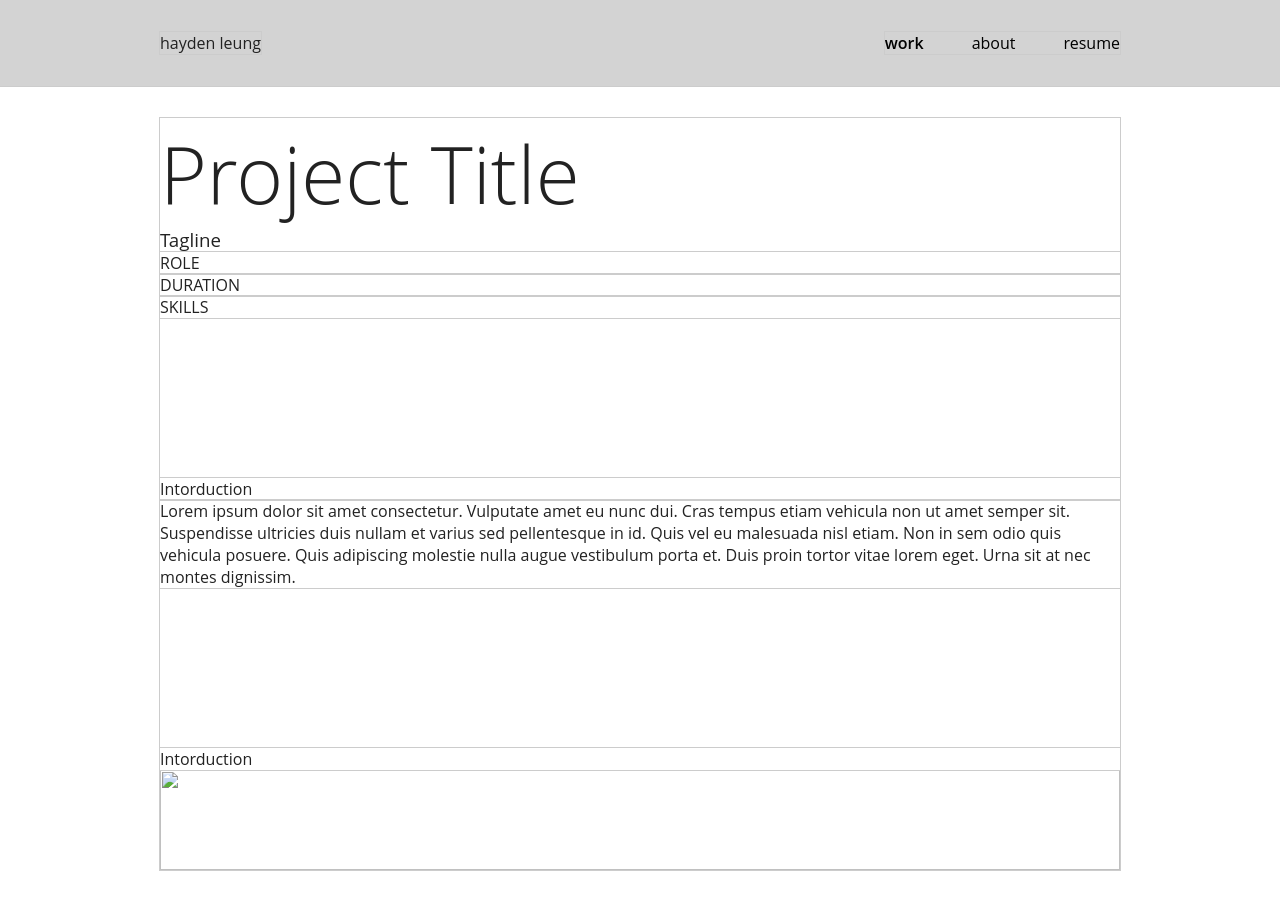
Repository: Haydenleung/Artifact
Page: /
The author's editor kept a copy of each file at every save. The page is drawn from the files as they stood at one save, then again after the next save.
The browser window is 1280 px wide. The pictures show the whole page.
The project was rebuilt for these pictures with package versions that can differ from the ones it lists, and the page was loaded fresh each time. The framework's server and built-in components were replaced by stand-ins that run in the browser. Also part of the build but not shown: next.config.mjs.

Above is the page before, as saved 2024-01-29 00:00:25.

### src/pages/index.tsx
import Image from "next/image";
import Navbar from "@/components/Navbar";
import CaseStudy from "@/components/CaseStudy";

export default function Home() {
  return (
    <main className={"page"}>
      <Navbar />
      <div className={"caseStudy"}>
        <CaseStudy />
      </div>
    </main>
  )
}

### src/styles/globals.css
/* ==========================================================================
    [Table of contents]

    1. BASE
        1.1 Page Rendering Defaults
        1.2 Core Styling
        1.3 Typography
    2. LAYOUT
        2.1 Core Layout
        2.2 Small only
        2.3 medium and up
        2.4 Medium only
        2.5 large screens and up
    3. UTILITY classes
    4. PRINT

    ========================================================================== */

/* ==========================================================================
   BASE
   ========================================================================== */

/* 1.1 Page Rendering Defaults */

html {
  color: #222;
  font-size: 1em;
}

::-moz-selection {
  background: #b3d4fc;
  text-shadow: none;
}

::selection {
  background: #b3d4fc;
  text-shadow: none;
}

audio,
canvas,
iframe,
i,
img,
svg,
video {
  vertical-align: middle;
}

fieldset {
  border: 0;
  margin: 0;
  padding: 0;
}

textarea {
  resize: vertical;
}

/* 1.2 Core Styling */

/* refer to https://css-tricks.com/box-sizing/ */

*,
*:before,
*:after {
  box-sizing: border-box;
}

img {
  width: 100%;
}

/* 1.3 Typgraphy */

@import url('https://fonts.googleapis.com/css2?family=Open+Sans:ital,wght@0,300;0,400;0,500;0,600;0,700;0,800;1,300;1,400;1,500;1,600;1,700;1,800&display=swap');

h1,
h2,
h3,
h4,
h5,
h6 {
  font-weight: 400;
  /* text-align: center; */
  margin: 0;
}

h1 {
  font-size: 60pt;
  font-weight: 200;
}

h2 {
  font-size: 16pt;
}

h4 {
  font-size: 9pt;
}

h5 {
  font-size: 8pt;
}

* {
  font-family: 'Open Sans', sans-serif;
}


/* ==========================================================================
 2. LAYOUT
 ========================================================================== */

/* Helper to display empty layout containers*/

div,
main,
section,
footer,
header {
  outline: 1px solid #ccc;
}

body {
  padding: 0;
  margin: 0;
}

/* 2.1 Core layout */

.row {
  display: grid;
  row-gap: 1rem;
}

.col {
  position: relative;
}

.page {
  display: flex;
  flex-direction: column;
  justify-content: center;
  align-items: center;
}

.caseStudy {
  width: 100%;
  padding: 2rem 10rem;
}

/* Navbar */

/* 2.2 Small only */

@media screen and (max-width: 39.9375em) {}

/* 2.3 medium and up */

@media screen and (min-width: 40em) {}

/* 2.4 Medium only */

@media screen and (min-width: 40em) and (max-width: 63.9375em) {}

/* 2.5 large screens and up 2.6 Large only */

/* @media screen and (min-width: 64em) {

} */

### src/components/Navbar/index.tsx
import styles from './navbar.module.css'
import Image from 'next/image'
import Link from 'next/link'
import { useState } from 'react'

export default function Navbar() {

    const [isPage, setIsPage] = useState("Work");

    return (
        <div className={styles.container}>
            <div className={styles.logo}>hayden leung</div>
            <div className={styles.pages}>
                <Link href="/" className={isPage === "Work" ? styles.bold : styles.normal}>work</Link>
                <Link href="/" className={isPage === "about" ? styles.bold : styles.normal}>about</Link>
                <Link href="/" className={isPage === "resume" ? styles.bold : styles.normal}>resume</Link>
            </div>
        </div>
    )
}

### src/components/CaseStudy/index.tsx
import Image from "next/image"
import styles from './casestudy.module.css'

export default function CaseStudy() {
    return (
        <div className={styles.project}>
            <div className={styles.titleSection}>
                <h1 className={styles.projetTitle}>Project Title</h1>
                <h3 className={styles.projectTagline}>Tagline</h3>
                <div className={styles.projectInfo}>
                    <div>ROLE</div>
                    <div>DURATION</div>
                    <div>SKILLS</div>
                </div>
            </div>
            <div className={styles.introduction}>
                <div className={styles.introTitle}>Intorduction</div>
                <div className={styles.introBody}>Lorem ipsum dolor sit amet consectetur. Vulputate amet eu nunc dui. Cras tempus etiam vehicula non ut amet semper sit. Suspendisse ultricies duis nullam et varius sed pellentesque in id. Quis vel eu malesuada nisl etiam. Non in sem odio quis vehicula posuere. Quis adipiscing molestie nulla augue vestibulum porta et. Duis proin tortor vitae lorem eget. Urna sit at nec montes dignissim.</div>
            </div>
            <div className={styles.process}>
                <div className={styles.processTitle}>Intorduction</div>
                <Image src="/" alt="" width={100} height={100} />
            </div>
        </div>
    )
}

### src/components/Navbar/navbar.module.css
.container {
    background-color: lightgrey;
    padding: 0.5rem;
    width: 100%;
    padding: 2rem 10rem;
    display: flex;
    flex-direction: row;
    justify-content: space-between;
    position: sticky;
    min-height: 44px;
}

.logo {}

.pages {
    display: flex;
    flex-direction: row;
    gap: 3rem;
}

.bold {
    font-weight: 600;
    color: black;
    text-decoration: none;
}

.normal {
    color: black;
    text-decoration: none;
}

### src/components/CaseStudy/casestudy.module.css
.project {
    display: flex;
    flex-direction: column;
    gap: 10rem;
}

.projectTitle {
    font-weight: 800;
}

Loaded but not shown: src/pages/_app.tsx (common file); src/pages/_document.tsx (common file)

After the next save:
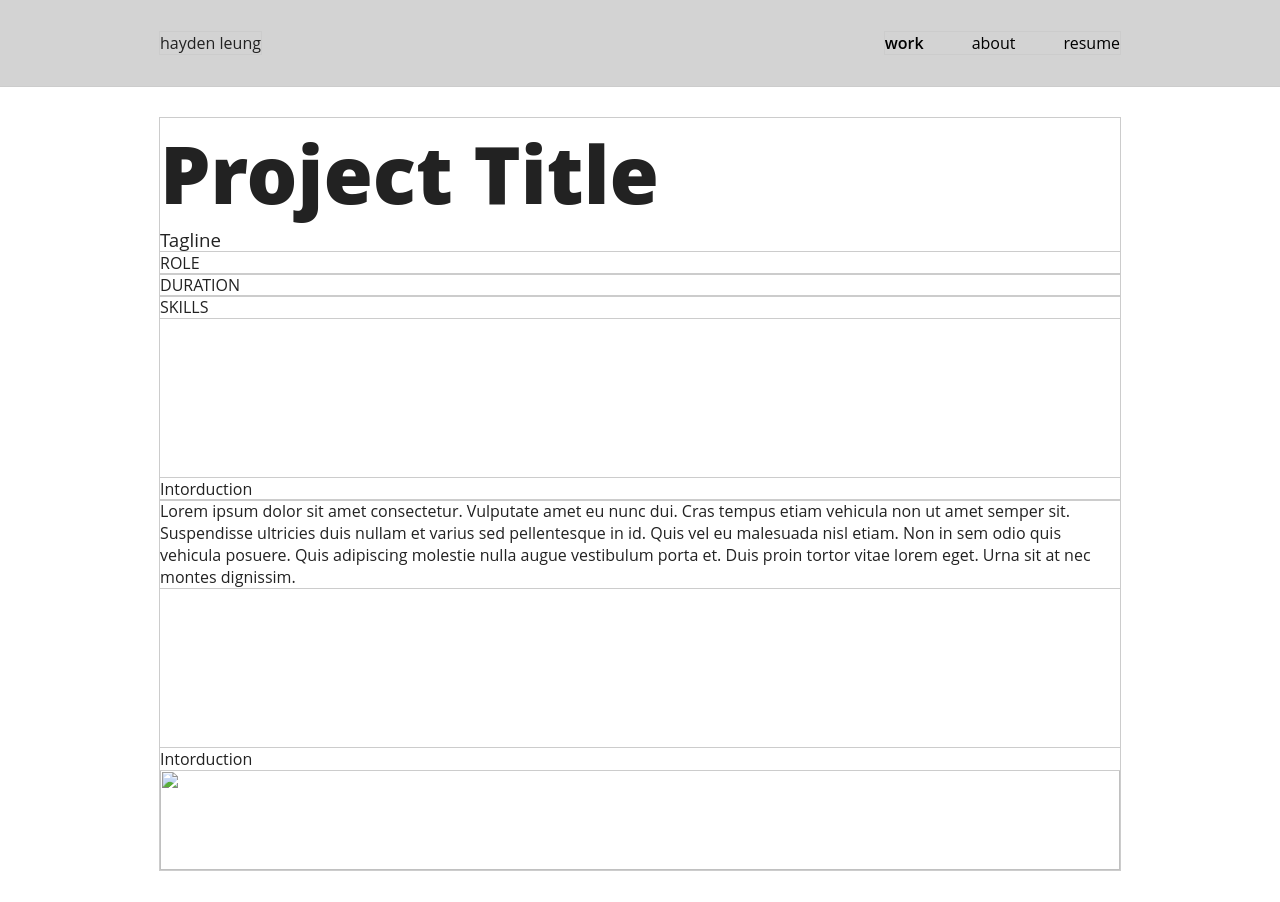
Saved 5 s later.
--- a/src/components/CaseStudy/casestudy.module.css
+++ b/src/components/CaseStudy/casestudy.module.css
@@ -4,6 +4,6 @@
     gap: 10rem;
 }
 
-.projectTitle {
+.projetTitle {
     font-weight: 800;
 }
